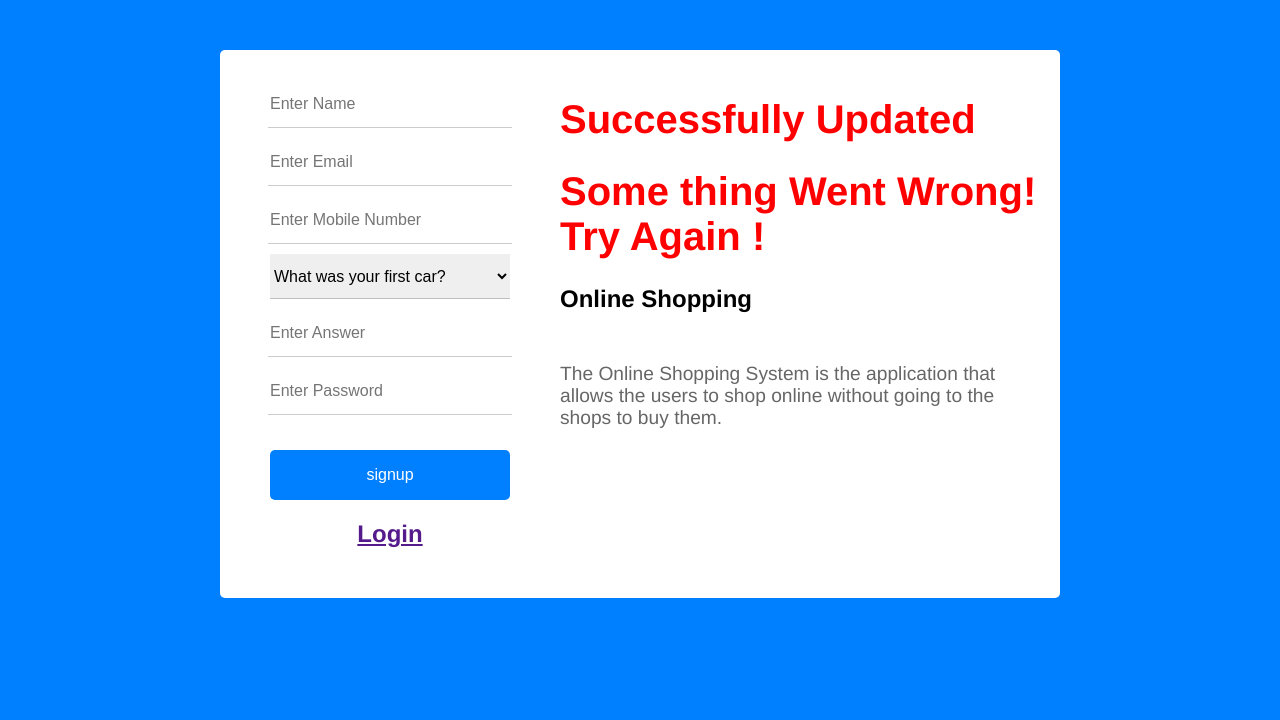
Repository: Dineshbabu290904/DigiMart
Page: http://localhost/ShoppingCart/signup.jsp
These files come from the project's save history. The page is drawn as it stood at one moment and after the next save; the edit follows.
The browser window is 1280 px wide. The pictures show the whole page.
The page is served by Tomcat 9. Other server files are loaded and not shown.

Above is the page before, as saved 2024-10-12 08:28:11.

### ShoppingCart/src/main/webapp/signup.jsp
<!DOCTYPE html>
<html>
<head>
<link rel="stylesheet" href="css/signup-style.css">
<title>Signup</title>
</head>
<body>
<div id='container'>
  <div class='signup'>
  	<form action ="signupAction" method="post">
  		<input type="text" name="name" placeholder="Enter Name" required>
  		<input type="email" name="email" placeholder="Enter Email" required>
  		<input type="number" name="mobileNumber" placeholder="Enter Mobile Number" required>
  		<select name="securityQuestion" required>
  			<option value="What was your first car?">What was your first car?</option>
  			<option value="What is the name of your first pet?">What is the name of your first pet?</option>
  			<option value="What elementary school did you attend?">What elementary school did you attend?</option>
  			<option value="What is the name of the town where you were born?">What is the name of the town where you were born?</option>
  		</select>
  		<input type="text" name="answer" placeholder="Enter Answer" required>
  		<input type="password" name="password" placeholder="Enter Password" required>
  		<input type="submit" value="signup">
  	</form>
      <h2><a href="">Login</a></h2>
  </div>
  <div class='whysign'>

<h1>Successfully Updated</h1>


<h1>Some thing Went Wrong! Try Again !</h1>

    <h2>Online Shopping</h2>
    <p>The Online Shopping System is the application that allows the users to shop online without going to the shops to buy them.</p>
  </div>
</div>

</body>
</html>

Loaded but not shown: ShoppingCart/src/main/webapp/css/signup-style.css (common file)

After the next save:
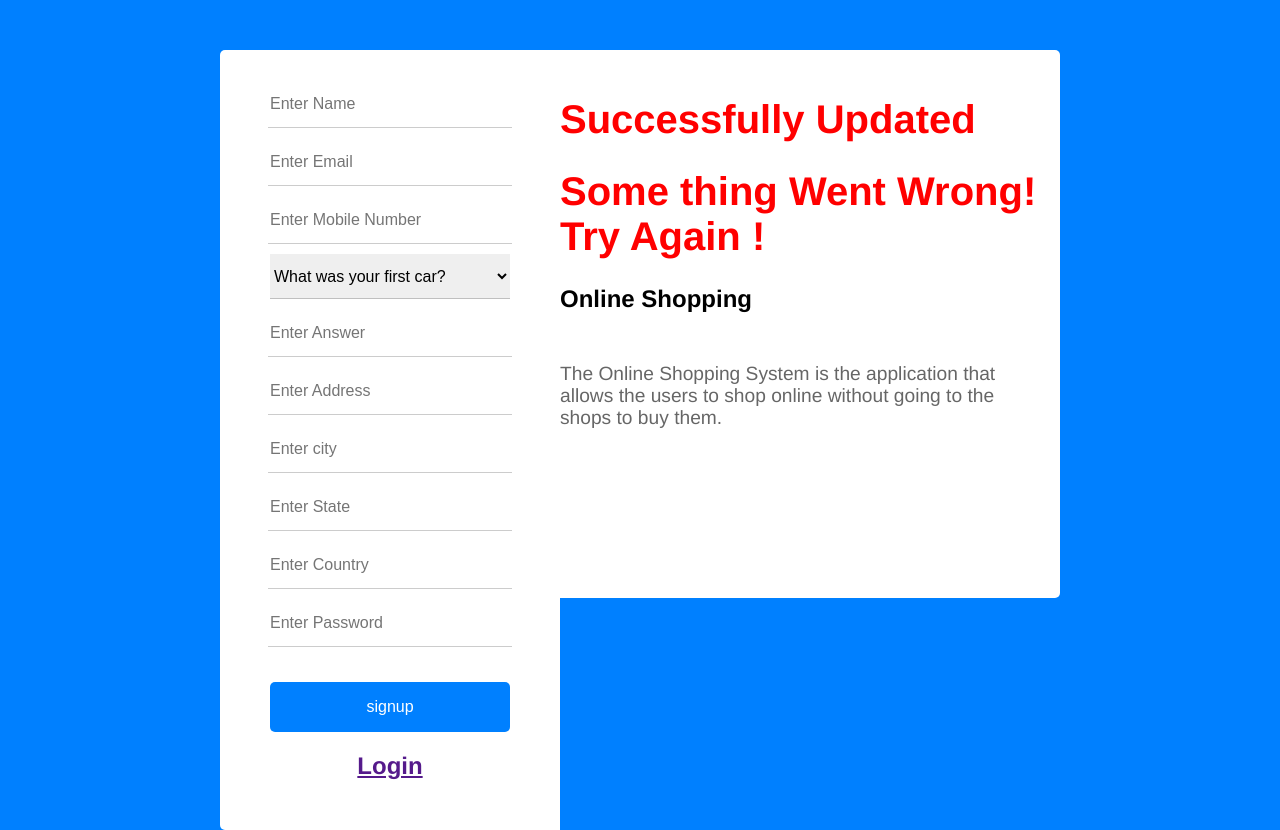
Saved 4 min 56 s later.
--- a/ShoppingCart/src/main/webapp/signup.jsp
+++ b/ShoppingCart/src/main/webapp/signup.jsp
@@ -18,6 +18,10 @@
   			<option value="What is the name of the town where you were born?">What is the name of the town where you were born?</option>
   		</select>
   		<input type="text" name="answer" placeholder="Enter Answer" required>
+  		<input type="text" name="address" placeholder="Enter Address" required>
+  		<input type="text" name="city" placeholder="Enter city" required>
+  		<input type="text" name="state" placeholder="Enter State" required>
+  		<input type="text" name="country" placeholder="Enter Country" required>
   		<input type="password" name="password" placeholder="Enter Password" required>
   		<input type="submit" value="signup">
   	</form>
